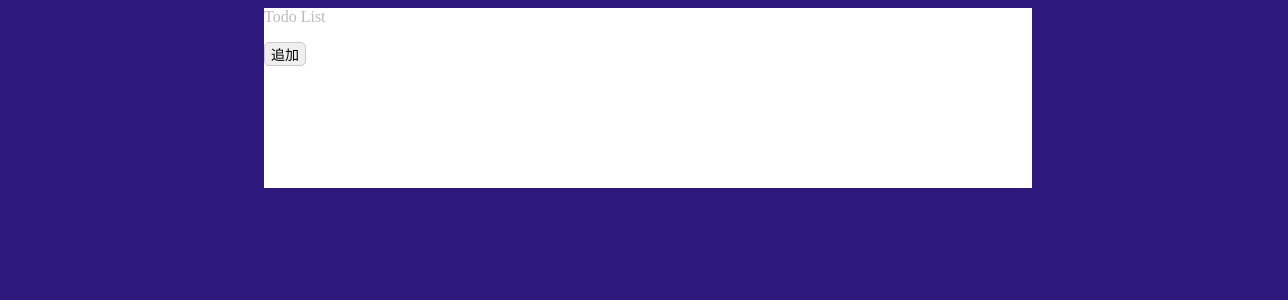
Repository: oninopantsu/20210529onoma
Page: http://localhost/todo/update
An editor plug-in stored every save of this project. The page is shown before and after a run of saves, followed by the edit.
The browser window is 1280 px wide. The page is 1288 px wide, so the pictures cover 1288 px, including what lies to the right of the window. The pictures show the whole page.
The page is served by the project's Laravel application, run on PHP 8.4 with Laravel 8. Queries for data that is not in the repository find no rows.

Above is the page before, as saved 2021-05-31 21:58:07.

After the next 5 saves:
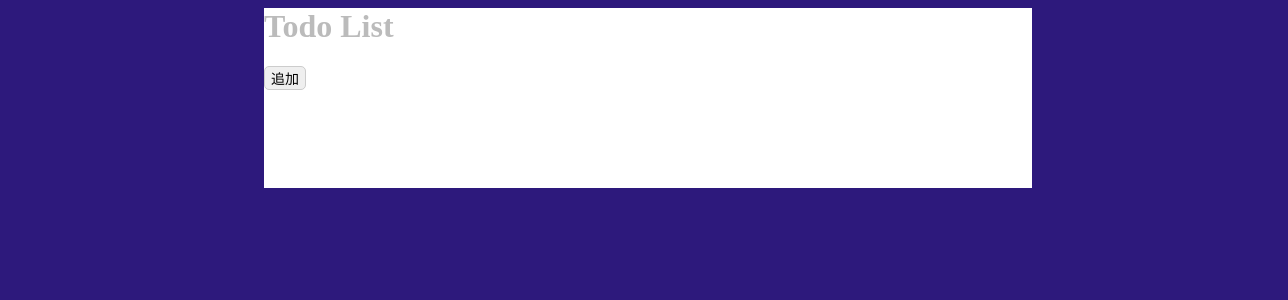
The 5 saves are shown as one change because they came seconds apart.
The last was saved 13 s later.
--- a/resources/views/todo/todo.blade.php
+++ b/resources/views/todo/todo.blade.php
@@ -59,7 +59,7 @@
   @section('todo.blade.php')
 
   <div class="todolist">
-    <p class="">Todo List
+    <h1>Todo List</h1>
     <form action="/todo/create" method="POST">
       <input type="submit" value="追加">
       @foreach($items as $item)
@@ -84,8 +84,8 @@
         </tr>
       </table>
 
-    </div>
-    @endforeach
+  </div>
+  @endforeach
   </form>
 
 </body>
